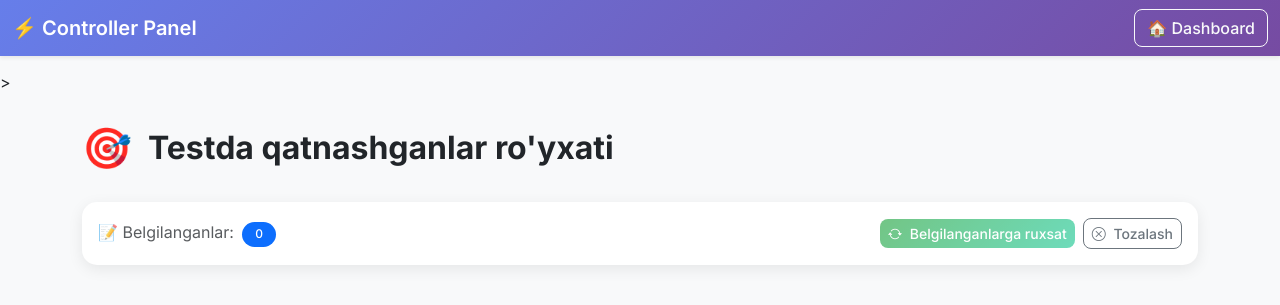
Repository: Shaxobiddin-Github/KatDPI_test
Page: backend/main/templates/controller_panel/participated_students_list.html
The author's editor kept a copy of each file at every save. The page is drawn from the files as they stood at one save, then again after the next save.
The browser window is 1280 px wide. The pictures show the whole page.
The template is drawn by Django 5.2. The application's start-up code is not run. The template is opened directly, without the code that normally fills it, so the values that code supplies are empty.

Above is the page before, as saved 2025-10-07 10:03:37.

After the next save:
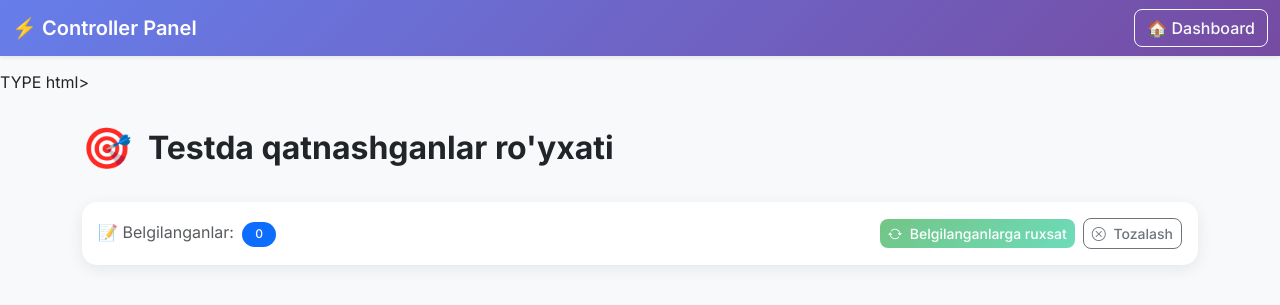
Saved 13 s later.
--- a/backend/main/templates/controller_panel/participated_students_list.html
+++ b/backend/main/templates/controller_panel/participated_students_list.html
@@ -1,6 +1,6 @@
 <!DOC    <link href="https://cdn.jsdelivr.net/npm/bootstrap@5.3.3/dist/css/bootstrap.min.css" rel="stylesheet">
     <link href="https://cdn.jsdelivr.net/npm/bootstrap-icons@1.11.3/font/bootstrap-icons.css" rel="stylesheet">
-    <link href="https://fonts.googleapis.com/css2?family=Inter:wght@300;400;500;600;700&display=swap" rel="stylesheet">>
+    <link href="https://fonts.googleapis.com/css2?family=Inter:wght@300;400;500;600;700&display=swap" rel="stylesheet">TYPE html>
 <html lang="uz">
 <head>
     <meta charset="UTF-8">
